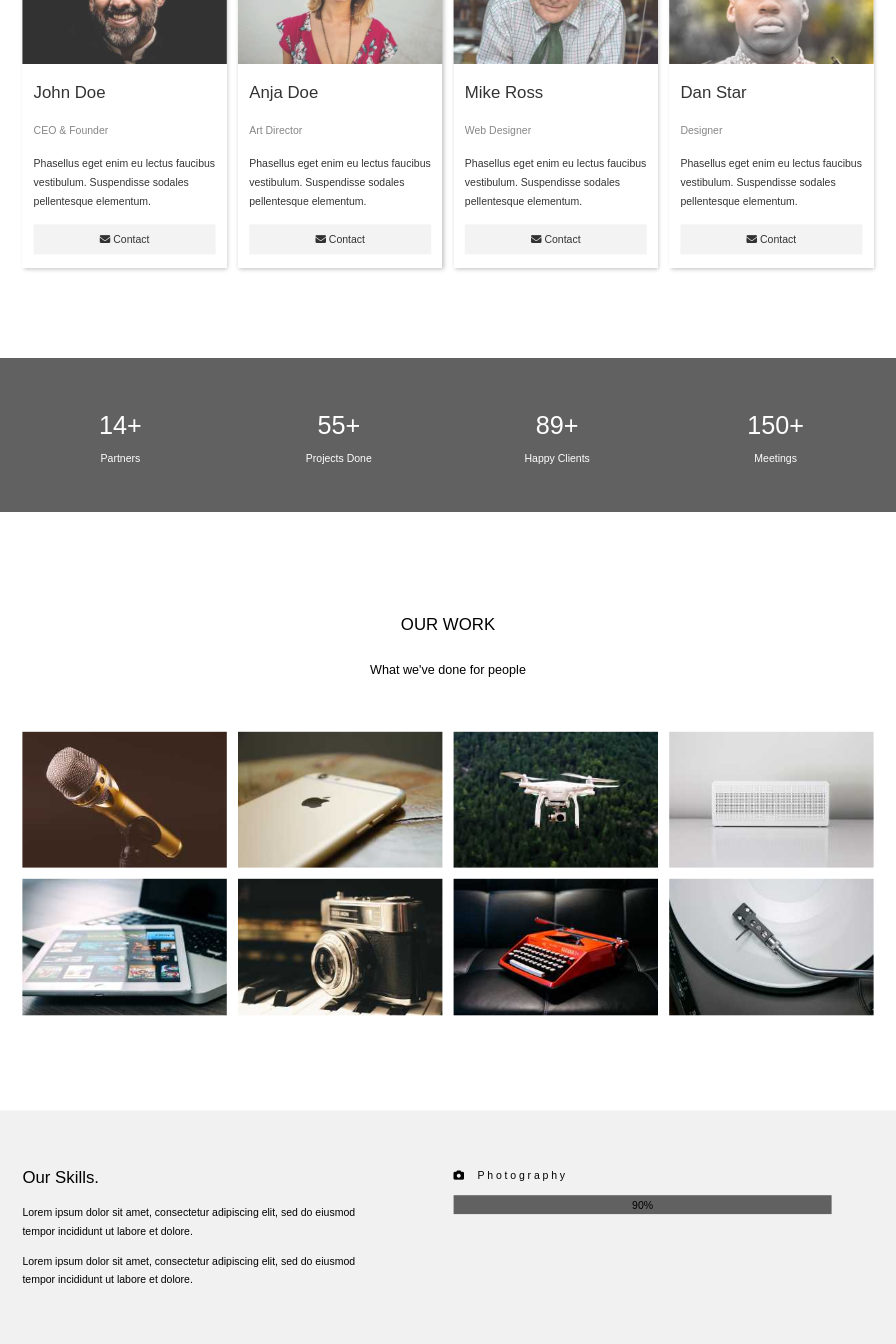
Repository: husterDC/Test
Page: index.html
The author's editor kept a copy of each file at every save. The page is drawn from the files as they stood at one save, then again after the next save.
The browser window is 1280 px wide. The pictures show the part of the page from y = 2659 to 4579 px (the page is 4579 px tall), at 70% of full size.

Above is the page before, as saved 2022-10-14 08:56:51.

After the next save:
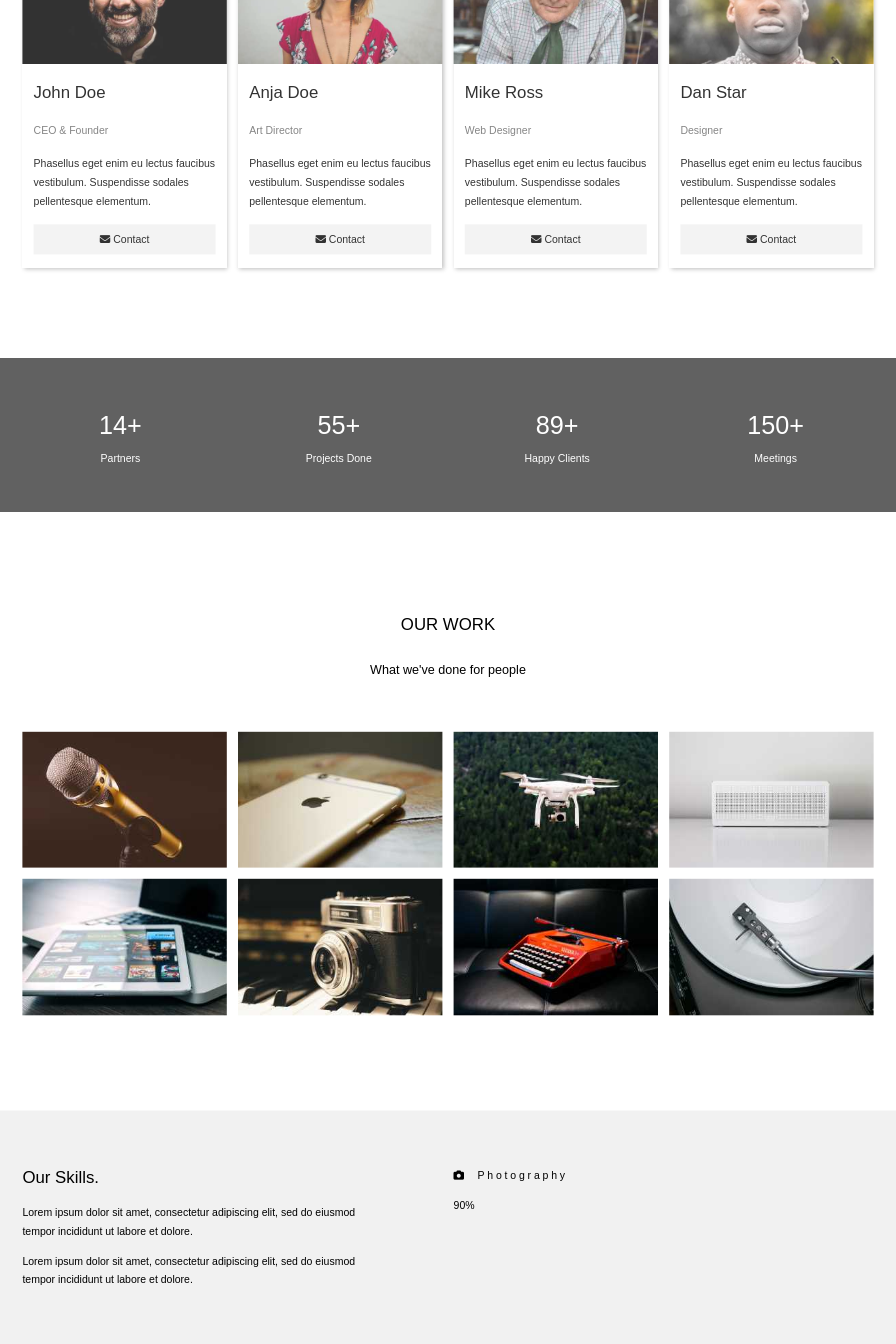
Saved 4 min 51 s later.
--- a/index.html
+++ b/index.html
@@ -208,8 +208,10 @@
             <div class="container_work-skill-chart">
                 <i class="container_work-skill-chart-icon fa-solid fa-camera"></i>
                 <p class="container_work-skill-chart-name">Photography</p>
-                <div class="container_work-skill-chart-bar">
+                <div class="container_work-skill-chart-bar1">
                     90%
+                </div>
+                <div class="container_work-skill-chart-bar2">
                 </div>
             </div>
         </div>

After the save that followed:
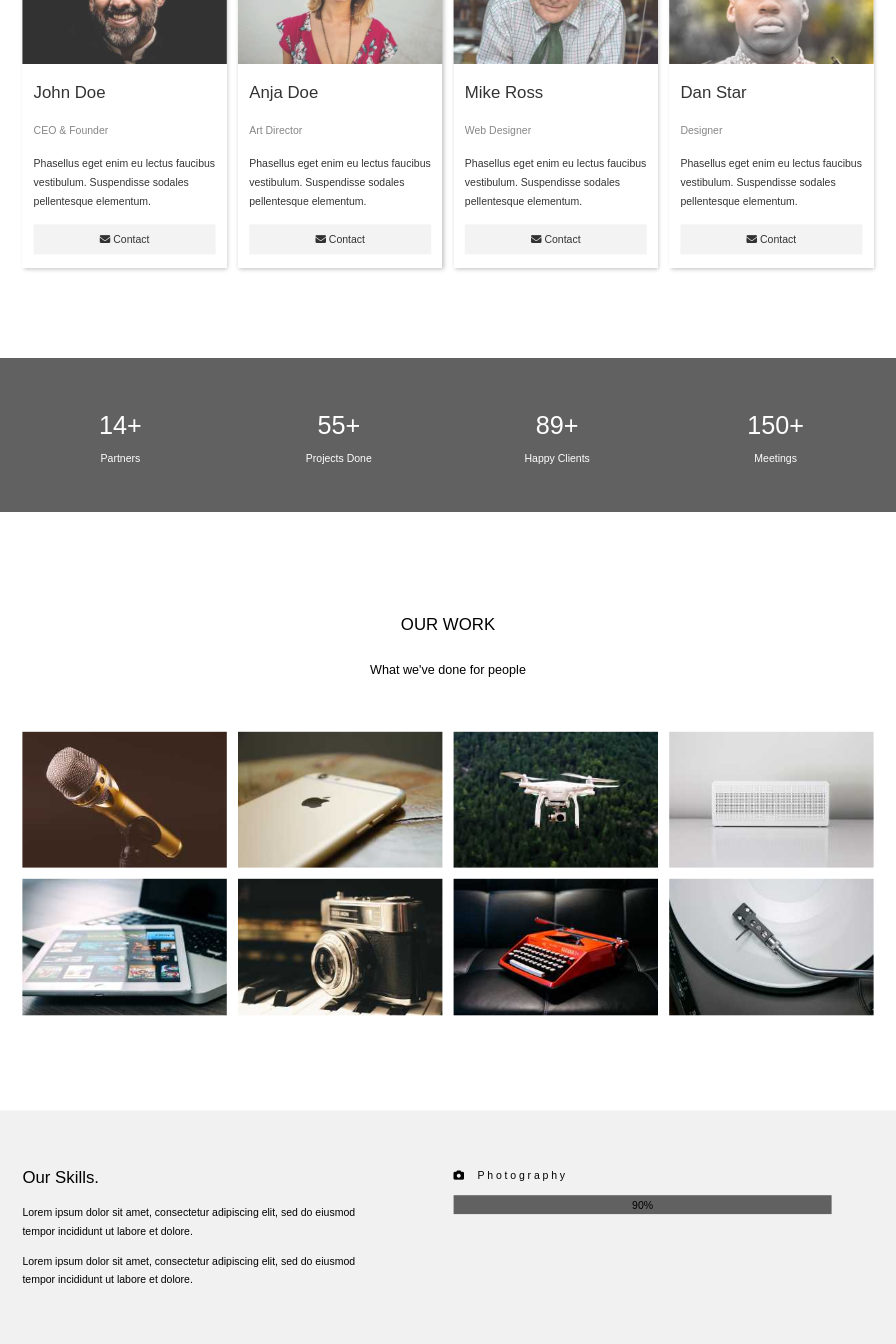
Saved 7 s later.
--- a/assets/style.css
+++ b/assets/style.css
@@ -279,10 +279,9 @@
     margin: 15px 0;
     letter-spacing: 4px;
 }
-.container_work-skill-chart-bar {
+.container_work-skill-chart-bar1 {
     position: relative;
     background-color: #616161;
     text-align: center;
     width: 90%;
-    border: 10% solid #000;
-}
+}
